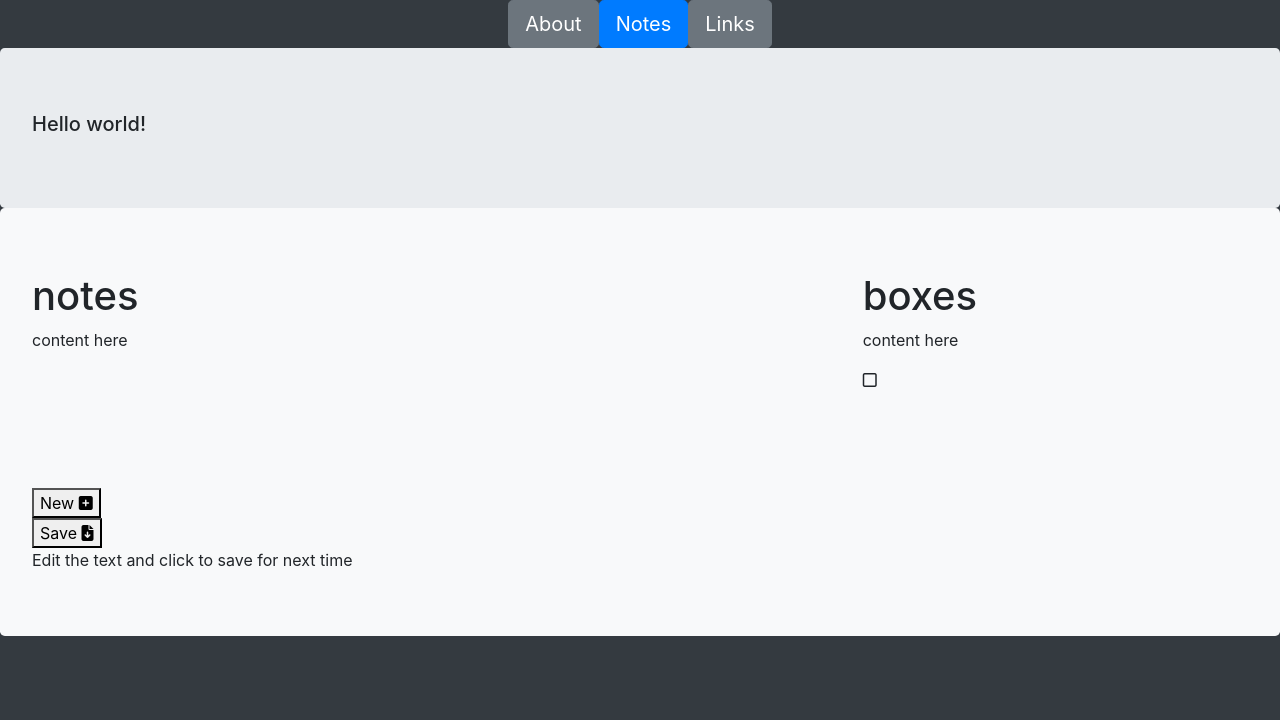
Repository: Kamicoda/Noteblock
Page: index.html
The author's editor kept a record of every edit. The page is drawn from the files as they stood at one moment, then again after the next edit.
The browser window is 1280 px wide. The pictures show the whole page.
Some web libraries are served in a nearby version.

Above is the page before.
Console error: ReferenceError: checkEdits is not defined

### index.html
<!DOCTYPE html>
<html lang="en">

<head>
    <meta charset="UTF-8">
    <meta name="viewport" content="width=device-width, initial-scale=1.0">
    <meta http-equiv="X-UA-Compatible" content="ie=edge">
    <title>Document</title>

    <!--Jquery-->
    <script src="https://code.jquery.com/jquery-3.4.1.min.js" integrity="sha256-CSXorXvZcTkaix6Yvo6HppcZGetbYMGWSFlBw8HfCJo=" crossorigin="anonymous"></script>

    <!--Bootstrap-->
    <link rel="stylesheet" href="https://maxcdn.bootstrapcdn.com/bootstrap/4.2.1/css/bootstrap.min.css" type="text/css" />
    <link rel="stylesheet" href="https://cdnjs.cloudflare.com/ajax/libs/hover.css/2.3.1/css/hover-min.css" type="text/css" />
    <!--Css-->
    <link rel="stylesheet" href="assets/style/style.css" type="text/css" />
    <!--d3,dc,Queue-->
    <!-- <script type="text/javascript" src="static/js/d3.min.js"></script>
    <script type="text/javascript" src="static/js/crossfilter.min.js"></script>
    <script type="text/javascript" src="static/js/dc.min.js"></script>
    <script type="text/javascript" src="static/js/queue.min.js"></script> -->
    <!--Api's-->
    <!--Scripts-->
    <script src="https://kit.fontawesome.com/06adabaaa3.js"></script>
    <script type="text/javascript" src="assets/js/script1.js"></script>
    <script type="text/javascript" src="assets/js/script2.js"></script>
</head>

<body onload="checkEdits()" class=" bg-dark">

    <!--navigation-->
    <div class="container-fluid bg-dark">
        <ul class="nav justify-content-center w-80">
            <li class="nav-item">
                <button id="aboutNav" type="button" class="btn btn-secondary btn-lg ">About</button>
            </li>
            <li class="nav-item">
                <button id="notesNav" type="button" class="btn btn-primary btn-lg">Notes</button>
            </li>
            <li class="nav-item">
                <button id="linksNav" type="button" class="btn btn-secondary btn-lg">Links</button>
            </li>
        </ul>
    </div>

    <div class="jumbotron header bg-grey mx-auto">
        <h5> Hello world!</h5>
    </div>

    <div class="jumbotron header bg-light mx-auto">
        <div class="container-flex">


            <section id="aboutSec">
                <div class="row">
                    <div class="col">
                        <h1>about</h1>
                        <p>content here</p>
                    </div>
                </div>
            </section>

            <section id="notesSec">
                <div class="row">

                    <div class="col-8">
                        <h1>notes</h1>
                        <p>content here</p>
                        <div id="editList" class="#">

                            <p id="edit" contenteditable="true" class="editableP"></p>

                            <p id="edit1" contenteditable="true" class="editableP"></p>

                            <p id="edit2" contenteditable="true" class="editableP"></p>

                            <div>
                                <button type="button " id="new" class="newButton">New
                        <i class="fas fa-plus-square"></i>
                        </div>
                        <div >
                            <button type="button " onclick="save()" class="saveButton">Save
                        <i class="fas fa-file-download"></i></button>
                            </div>

                            <div id="update"> Edit the text and click to save for next time </div>
                        </div>
                    </div>
                    <div class="col-2">
                        <h1>boxes</h1>
                        <p>content here</p>
                        <div id="checkBox" class="checkbox">
                            <i class="far fa-square"></i>
                            <i class="far fa-check-square"></i>
                        </div>



                    </div>

                </div>
            </section>

            <section id="gamesSec">
                <div class="row">
                    <div class="col">
                        <h1>games</h1>
                        <p>content here</p>
                        <button>game1</button>
                        <button>game2</button>
                        <button>game3</button>
                    </div>
                </div>
            </section>

            <section id="linksSec">
                <div class="row">
                    <div class="col">
                        <h1>links</h1>
                        <p>content here</p>
                    </div>
                </div>
            </section>


        </div>
    </div>




</body>
<footer>

</footer>

</html>

### assets/style/style.css
/* Palette URL: http://paletton.com/#uid=a3K0o0k6J95irOtlmmkmW6wBrbb */

/* Feel free to copy&paste color codes to your application */

/* As RGBa codes */

.rgba-primary-0 {
    color: rgba( 39, 42, 48, 1)
}

/* Main Primary color */

.rgba-primary-1 {
    color: rgba(107, 144, 222, 1)
}

.rgba-primary-2 {
    color: rgba( 48, 70, 119, 1)
}

.rgba-primary-3 {
    color: rgba( 12, 19, 35, 1)
}

.rgba-primary-4 {
    color: rgba( 5, 22, 59, 1)
}

.rgba-complement-0 {
    color: rgba( 72, 63, 57, 1)
}

/* Main Complement color */

.rgba-complement-1 {
    color: rgba(255, 166, 108, 1)
}

.rgba-complement-2 {
    color: rgba(178, 106, 59, 1)
}

.rgba-complement-3 {
    color: rgba( 52, 29, 15, 1)
}

.rgba-complement-4 {
    color: rgba( 89, 35, 0, 1)
}



/* Generated by Paletton.com © 2002-2014 */

/* http://paletton.com */

/*Colors*/

.bg-dark {
    background-color: rgb(39, 42, 48);
}

.bg-light {
    background-color: rgb(107, 144, 222);
}

/*background*/

.dark-background {      /*this overlaps the content untill on.(click)the corresponding button*/
    position: fixed;
    height: 100%;
    width: 100%;
}

.frontened {
   z-index: 1;
}

.middled {
    z-index: 0;
}

.backened {
    z-index:-1;
}

.jumbotron {
    margin: 0;
    width: 100%;
}

.mainmenu {
    text-align: center;
    border-width: 500;
    border-height: 300;
    height: auto;
}

.about {
    padding: 0;
}

.games {
    padding: 0;
}

.notes {
    padding: 0;
}

.links {
    padding: 0;
}

.cabout {
    height: 400px;
    width: 100%;
    padding: 0;
}

.cgames {
    height: 400px;
    width: 100%;
    padding: 0;
}

.cnotes {
    height: 400px;
    width: 100%;
    padding: 0;
}

.clinks {
    height: 400px;
    width: 100%;
    padding: 0;
}

/*navigation*/

.buttons {
    margin-left: 500px;
    margin-top: 300px;
}

.babout {
    display: block;
    width: 140px;
    height: 70px;
    margin-left: 70%;
    margin-top: 40%;
}

.bgames {
    display: block;
    width: 140px;
    height: 70px;
    margin-top: 40%;
}

.bnotes {
    display: block;
    width: 140px;
    height: 70px;
    margin-left: 70%;
}

.blinks {
    display: block;
    width: 140px;
    height: 70px;
}

### assets/js/script1.js
//Buttons
$(document).ready(function() {

    $('#aboutSec').toggle();
    $('#notesSec').show();
    $('#gamesSec').toggle();
    $('#linksSec').toggle();
    $('.fa-check-square').toggle();

    $('#aboutNav').on('click', function() {
        $('#aboutSec').toggle(1000);

    });

    $('#notesNav').on('click', function() {
        $('#notesSec').toggle(1000);

    });

    $('#gamesNav').on('click', function() {
        $('#gamesSec').toggle(1000);

    });

    $('#linksNav').on('click', function() {
        $('#menu3').toggle();
        $('#linksSec').toggle(1000);

    });

    $('#checkBox').on('click', function() {
        $('.fa-square').toggle();
        $('.fa-check-square').toggle();
    });

    $('#new').on('click', function() {
        count += 1;
        $('edit`+ count`').show()
        //$('#editList').append(`<p id="edit` + count + `" contenteditable="true" class="editableP"></p><button type="button " onclick="save`+ count +`()" class="saveButton">Save
                       // <i class="fas fa-file-download"></i></button>`);

    });
});

// this is adding numbers to the ID "edit"
 var count = 0;

Loaded but not shown: assets/js/script2.js (no copy from this time; the picture is the same without it)

After the next edit:
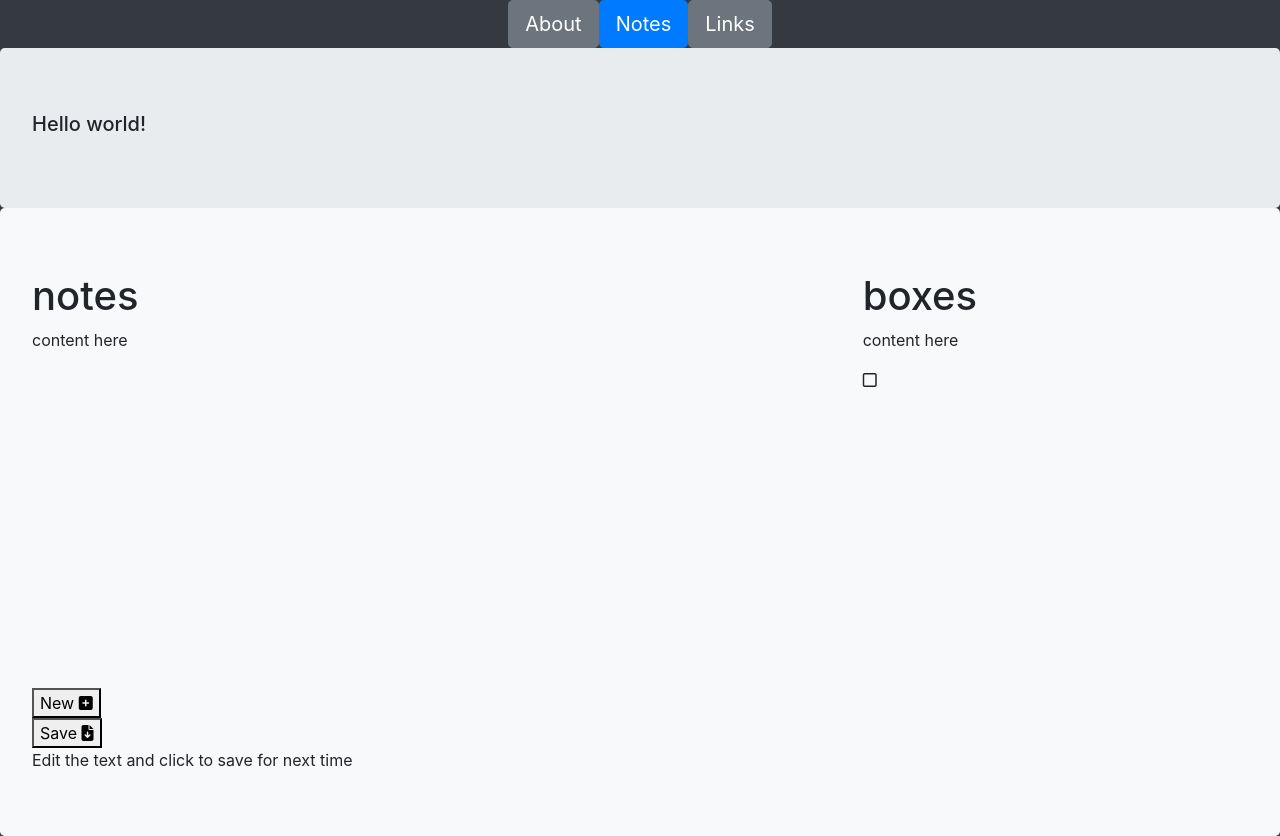
The edit:
--- a/index.html
+++ b/index.html
@@ -75,6 +75,16 @@
 
                             <p id="edit2" contenteditable="true" class="editableP"></p>
 
+                            <p id="edit" contenteditable="true" class="editableP"></p>
+
+                            <p id="edit" contenteditable="true" class="editableP"></p>
+
+                            <p id="edit" contenteditable="true" class="editableP"></p>
+
+                            <p id="edit" contenteditable="true" class="editableP"></p>
+
+                            <p id="edit" contenteditable="true" class="editableP"></p>
+
                             <div>
                                 <button type="button " id="new" class="newButton">New
                         <i class="fas fa-plus-square"></i>
